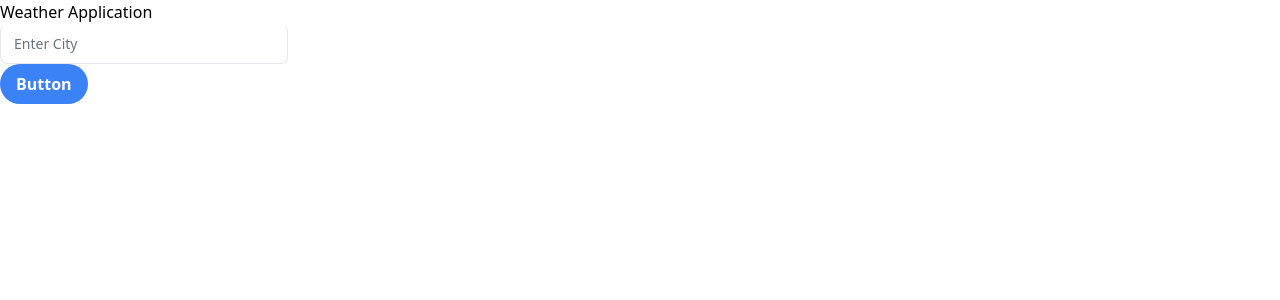
Repository: rajratangm/xweather
Page: /
The author's editor kept a copy of each file at every save. The page is drawn from the files as they stood at one save, then again after a run of saves.
The browser window is 1280 px wide. The pictures show the whole page.
The project was rebuilt for these pictures with package versions that can differ from the ones it lists, and the page was loaded fresh each time. Also part of the build but not shown: src/App.css.

Above is the page before, as saved 2024-06-06 10:28:17.

After the next 5 saves:
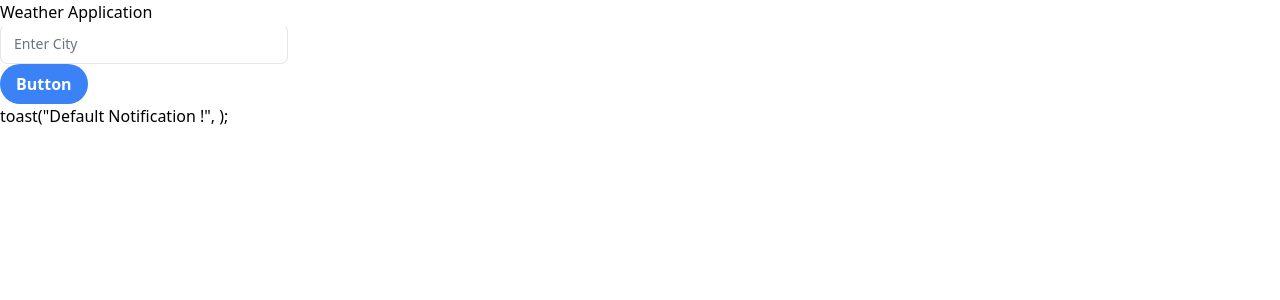
The 5 saves are shown as one change because 2 did not build or start and some came seconds apart.
The last was saved 75 s later.
--- a/src/App.js
+++ b/src/App.js
@@ -71,7 +71,7 @@ const WeatherApp = () => {
         </button>
       </form>
       {loading && <p>Loading data...</p>}
-      <ToastContainer/>
+      toast("Default Notification !", {});
       {weatherData.length > 0 && main && (
         <div className="weather-cards">
           {weatherData.map((weather, index) => (
